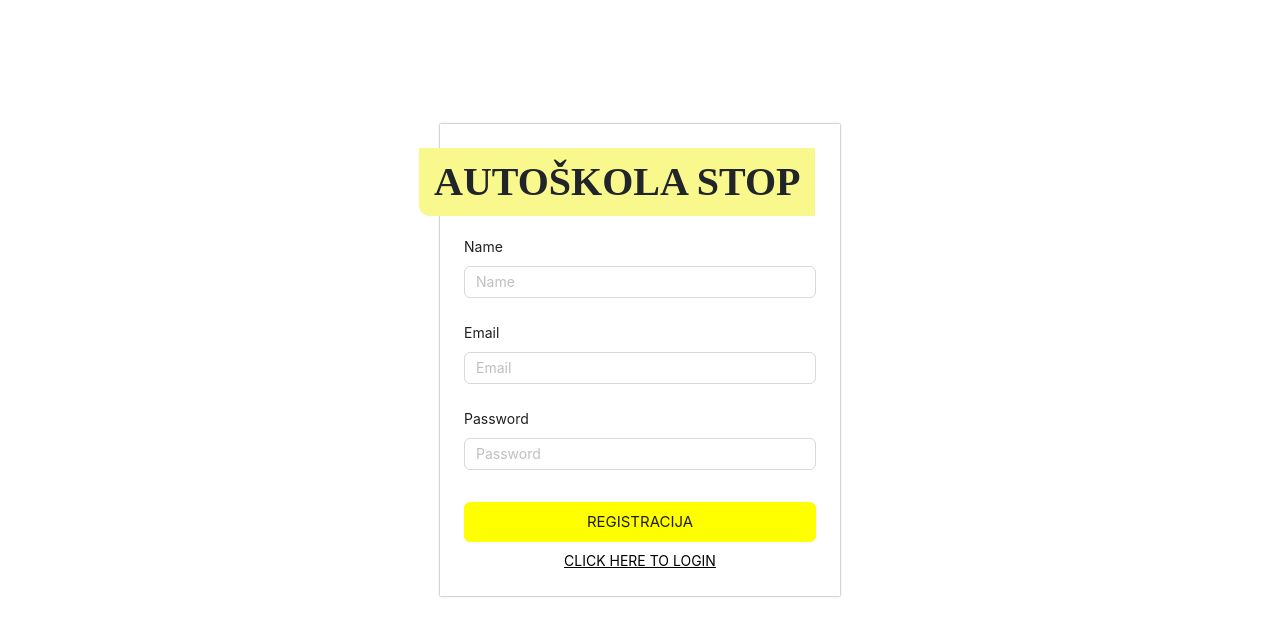
Repository: jbabicsus/okviri
Page: /registracija (app in autoskola/)
An editor plug-in stored every save of this project. The page is shown before and after the next save, followed by the edit.
The browser window is 1280 px wide. The pictures show the whole page.
The project was rebuilt for these pictures with package versions that can differ from the ones it lists, and the page was loaded fresh each time. Also part of the build but not shown: autoskola/src/stranice/Login.js.

Above is the page before, as saved 2024-05-12 14:23:00.

### autoskola/public/index.html
<!DOCTYPE html>
<html lang="en">
  <head>
    <meta charset="utf-8" />
    <link rel="icon" href="%PUBLIC_URL%/favicon.ico" />
    <meta name="viewport" content="width=device-width, initial-scale=1" />
    <meta name="theme-color" content="#000000" />
    <meta
      name="description"
      content="Web site created using create-react-app"
    />
    <link rel="apple-touch-icon" href="%PUBLIC_URL%/logo192.png" />

    <link rel="manifest" href="%PUBLIC_URL%/manifest.json" />

    <link href="https://cdn.jsdelivr.net/npm/bootstrap@5.3.3/dist/css/bootstrap.min.css" rel="stylesheet" integrity="sha384-QWTKZyjpPEjISv5WaRU9OFeRpok6YctnYmDr5pNlyT2bRjXh0JMhjY6hW+ALEwIH" crossorigin="anonymous">

    <title>React App</title>
  </head>
  <body>
    <noscript>You need to enable JavaScript to run this app.</noscript>
    <div id="root"></div>

  </body>
</html>

### autoskola/src/index.js
import React from 'react';
import ReactDOM from 'react-dom/client';
import './index.css';
import 'antd/dist/reset.css';
import App from './App';
import reportWebVitals from './reportWebVitals';

const root = ReactDOM.createRoot(document.getElementById('root'));
root.render(
  <React.StrictMode>
    <App />
  </React.StrictMode>
);

// If you want to start measuring performance in your app, pass a function
// to log results (for example: reportWebVitals(console.log))
// or send to an analytics endpoint. Learn more: https://bit.ly/CRA-vitals
reportWebVitals();

### autoskola/src/index.css
input{
  border-radius: 0;
  border: 1px solid gray;
}


/* cijela app*/

.kartica-naslov{
  font-size: 1.5rem;
  font-weight: bold;
}
.normal-text{
  font-size: 1rem;
}

.registracija-btn{
  background-color: yellow;
  border-color: yellow;
  height: 40px;
  width: 100%;
  font-size: 15px;
}

.a{
  color: black;
  text-decoration: underline;
  font: 15px;
  margin-left: 100px;

}



/* autentifikacija */
.autentifikacija{
  height: 100vh;
  display: flex;
  align-items: center;
  justify-content: center;
}

.kartica{
  width: 400px;
  box-shadow: 0 0 2px gray;
  border-radius: 0;
}

.autentifikacija .kartica-naslov{
  background-color: rgb(248, 248, 141);
  max-width: max-content;
  padding: 10px 15px;
  margin-left: -45px;
  border-bottom-left-radius: 10px;
  font-family: fantasy;
  font-size: 40px;
}

### autoskola/src/App.js
import React from 'react';
import 'antd/dist/reset.css';
import {Routes, Route, BrowserRouter} from 'react-router-dom'
import Login from './stranice/Login'
import Registracija from './stranice/Registracija'
import {Button} from 'antd'
function App() {
  return (
    <BrowserRouter>
      <Routes>
        <Route path='/login' element={<Login />}/>
        <Route path='/registracija' element={<Registracija />}/>



      </Routes>
    </BrowserRouter>
  );
}

export default App;

### autoskola/src/stranice/Registracija.js

import {Button , Form, Input, Link} from 'antd';
import React from 'react';

function Registracija(){
    return(
        <div className='autentifikacija'>
            <div className='kartica p-4'>
                <h1 className='kartica-naslov'>AUTOŠKOLA STOP</h1>
                <Form layout='vertical'>
                    <Form.Item label='Name' name='name'>
                        <Input placeholder='Name'/>
                    </Form.Item>

                    <Form.Item label='Email' name='email'>
                        <Input placeholder='Email'/>
                    </Form.Item>

                    <Form.Item label='Password' name='password'>
                        <Input placeholder='Password'/>
                    </Form.Item>

                    <Button className='registracija-btn my-2'>REGISTRACIJA</Button>

                    <a href='/login' className='a mt-4'>CLICK HERE TO LOGIN</a>
                </Form>

            </div>
        </div>
    )
}

export default Registracija

Loaded but not shown: autoskola/src/reportWebVitals.js (common file)

After the next save:
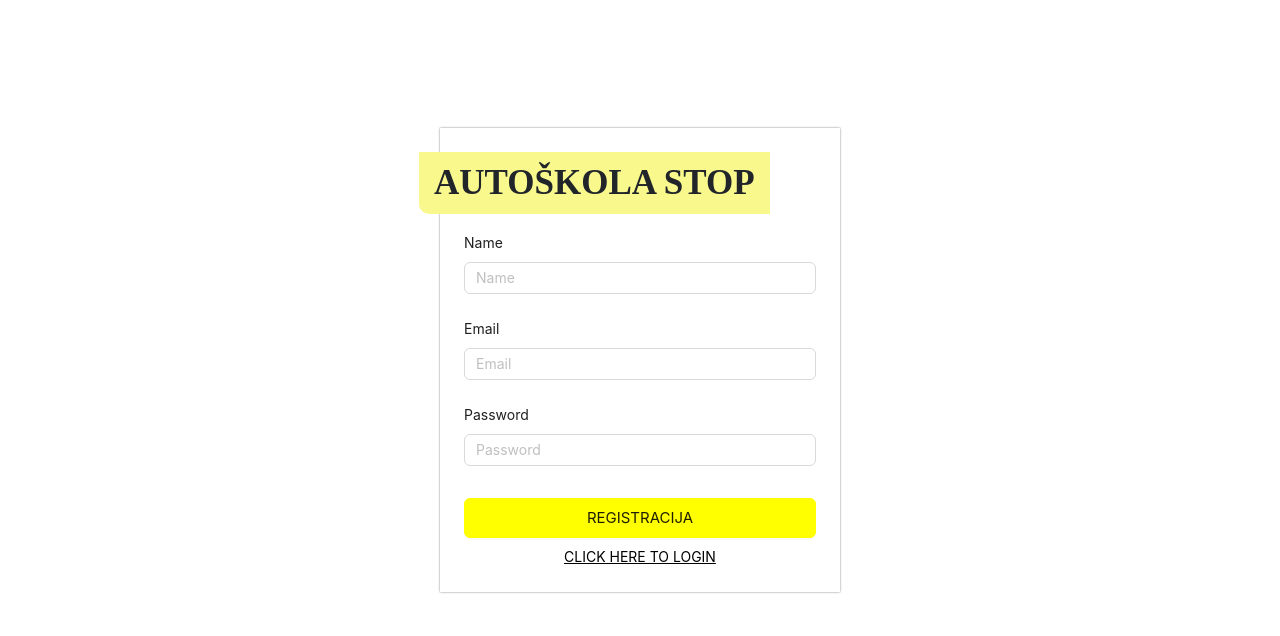
Saved 8 s later.
--- a/autoskola/src/index.css
+++ b/autoskola/src/index.css
@@ -53,5 +53,5 @@ input{
   margin-left: -45px;
   border-bottom-left-radius: 10px;
   font-family: fantasy;
-  font-size: 40px;
+  font-size: 35px;
 }
